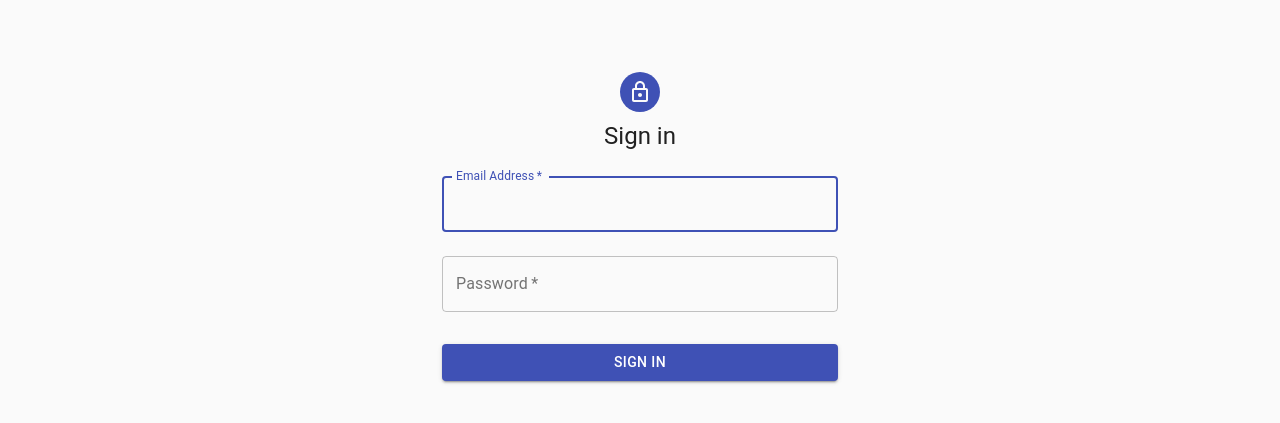
Repository: imayankbisht/ludofrontend
Page: /
These files come from the project's save history. The page is drawn as it stood at one moment and after a run of saves; the edit follows.
The browser window is 1280 px wide. The pictures show the whole page.
The project was rebuilt for these pictures with package versions that can differ from the ones it lists, and the page was loaded fresh each time. Also part of the build but not shown: src/components/Title.js, src/components/Chart.js, src/components/Deposits.js, src/components/Dashboard.js.

Above is the page before, as saved 2021-01-16 13:05:39.

### src/App.js
import React from 'react';
import './App.css';
import {
  BrowserRouter as Router,
  Switch,
  Route,
 Redirect
} from "react-router-dom";
// import SignInOutContainer from './containers';
import Dashboard from './components/Dashboard';
import Login from './components/login';
 function App() {
  return (
    <div className="App">
  <Router >
    <Switch>
      <Route path="/login" component={Login} />
      <Route path="/Dashboard" component={Dashboard} />
      <Redirect from="/" to="/login" />
    </Switch>
  </Router>
      </div>
  );
}


export default App;

### src/App.css
.App {
  /* text-align: center; */

}

.App-logo {
  height: 40vmin;
  pointer-events: none;
}

@media (prefers-reduced-motion: no-preference) {
  .App-logo {
    animation: App-logo-spin infinite 20s linear;
  }
}

.App-header {
  background-color: #282c34;
  min-height: 100vh;
  display: flex;
  flex-direction: column;
  align-items: center;
  justify-content: center;
  font-size: calc(10px + 2vmin);
  color: white;
}

.App-link {
  color: #61dafb;
}

@keyframes App-logo-spin {
  from {
    transform: rotate(0deg);
  }
  to {
    transform: rotate(360deg);
  }
}

### src/components/login.js
import React,{useState} from 'react';
import Avatar from '@material-ui/core/Avatar';
import Button from '@material-ui/core/Button';
import CssBaseline from '@material-ui/core/CssBaseline';
import TextField from '@material-ui/core/TextField';
import FormControlLabel from '@material-ui/core/FormControlLabel';
import Checkbox from '@material-ui/core/Checkbox';
// import Link from '@material-ui/core/Link';
import Grid from '@material-ui/core/Grid';
import Box from '@material-ui/core/Box';
import LockOutlinedIcon from '@material-ui/icons/LockOutlined';
import Typography from '@material-ui/core/Typography';
import { makeStyles } from '@material-ui/core/styles';
import Container from '@material-ui/core/Container';
import axios from '../axios';
import Dashboard from './Dashboard';
import {Link} from 'react-router-dom';
const useStyles = makeStyles((theme) => ({
  paper: {
    marginTop: theme.spacing(8),
    display: 'flex',
    flexDirection: 'column',
    alignItems: 'center',
  },
  avatar: {
    margin: theme.spacing(1),
    backgroundColor: theme.palette.primary.main,
  },
  form: {
    width: '100%', // Fix IE 11 issue.
    marginTop: theme.spacing(1),
  },
  submit: {
    margin: theme.spacing(3, 0, 2),
  },
}));

export default function Login() {
  const classes = useStyles();
  const [email, setEmail] = useState("");
  const [password, setPassword] = useState("");
  const sendLoginData = () => {
    // e.preventDefault();
    const headers = {
        "content-type": "application/json"

    };
    // console.log(email,password);
    const userData = {
        email: email,
        password: password,
    };
    axios.post("/user/login", userData, { headers })

        .then((response) => {
            console.log(" login Success ===>", response.data);

        })
        .catch((error) => {
            console.log("Error ===>", error);
        });

    setEmail("");
    setPassword("");
};
  return (
    <Container component="main" maxWidth="xs">
      <CssBaseline />
      <div className={classes.paper}>
        <Avatar className={classes.avatar}>
          <LockOutlinedIcon />
        </Avatar>
        <Typography component="h1" variant="h5">
          Sign in
        </Typography>
        <form className={classes.form} noValidate>
          <TextField
            variant="outlined"
            margin="normal"
            required
            fullWidth
            id="email"
            label="Email Address"
            name="email"
            autoComplete="email"
            value={email}
            onChange={e => setEmail(e.target.value)}
            autoFocus
          />
          <TextField
            variant="outlined"
            margin="normal"
            required
            fullWidth
            name="password"
            label="Password"
            type="password"
            id="password"
            autoComplete="current-password"
            value={password}
            onChange={e => setPassword(e.target.value)}
          />
          {/* <FormControlLabel
            control={<Checkbox value="remember" color="primary" />}
            label="Remember me"
          /> */}
          <Link to="Dashboard">
          <Button
            type="submit"
            fullWidth
            variant="contained"
            color="primary"
            className={classes.submit}
            onClick={(e) => {
              sendLoginData(e);

          }}
          >
            Sign In
          </Button>
          </Link>
          {/* <Grid container>
            <Grid item xs>
              <Link href="#" variant="body2">
                Forgot password?
              </Link>
            </Grid>
            <Grid item>
              <Link href={SignUp} variant="body2">
                {"Don't have an account? Sign Up"}
              </Link>

            </Grid>
          </Grid> */}
        </form>
      </div>

    </Container>
  );
}

### src/components/listItems.js
import React from 'react';
import ListItem from '@material-ui/core/ListItem';
import ListItemIcon from '@material-ui/core/ListItemIcon';
import ListItemText from '@material-ui/core/ListItemText';
import ListSubheader from '@material-ui/core/ListSubheader';
import DashboardIcon from '@material-ui/icons/Dashboard';
import ShoppingCartIcon from '@material-ui/icons/ShoppingCart';
import PeopleIcon from '@material-ui/icons/People';
import BarChartIcon from '@material-ui/icons/BarChart';
import LayersIcon from '@material-ui/icons/Layers';
import AssignmentIcon from '@material-ui/icons/Assignment';

export const mainListItems = (
  <div>
    <ListItem button>
      <ListItemIcon>
        <DashboardIcon />
      </ListItemIcon>
      <ListItemText primary="Dashboard" />
    </ListItem>
    <ListItem button>
      <ListItemIcon>
        <ShoppingCartIcon />
      </ListItemIcon>
      <ListItemText primary="BalanceSheet" />
    </ListItem>
    <ListItem button>
      <ListItemIcon>
        <PeopleIcon />
      </ListItemIcon>
      <ListItemText primary="Users" />
    </ListItem>
    <ListItem button>
      <ListItemIcon>
        <BarChartIcon />
      </ListItemIcon>
      <ListItemText primary="Reports" />
    </ListItem>

  </div>
);

export const secondaryListItems = (
  <div>
    <ListSubheader inset>Player history</ListSubheader>
    <ListItem button>
      <ListItemIcon>
        <AssignmentIcon />
      </ListItemIcon>
      <ListItemText primary="Deposit" />
    </ListItem>
    <ListItem button>
      <ListItemIcon>
        <AssignmentIcon />
      </ListItemIcon>
      <ListItemText primary="Rake" />
    </ListItem>
    <ListItem button>
      <ListItemIcon>
        <AssignmentIcon />
      </ListItemIcon>
      <ListItemText primary="Refund" />
    </ListItem>
    <ListItem button>
      <ListItemIcon>
        <AssignmentIcon />
      </ListItemIcon>
      <ListItemText primary="Withdrawl" />
    </ListItem>
  </div>
);

### src/axios.js
import axios from "axios";

const instance = axios.create({
    baseURL: "https://ylrwt.sse.codesandbox.io"
})

export default instance;

Loaded but not shown: public/index.html (common file); src/index.js (common file); src/index.css (common file); src/serviceWorker.js (common file)

After the next 3 saves:
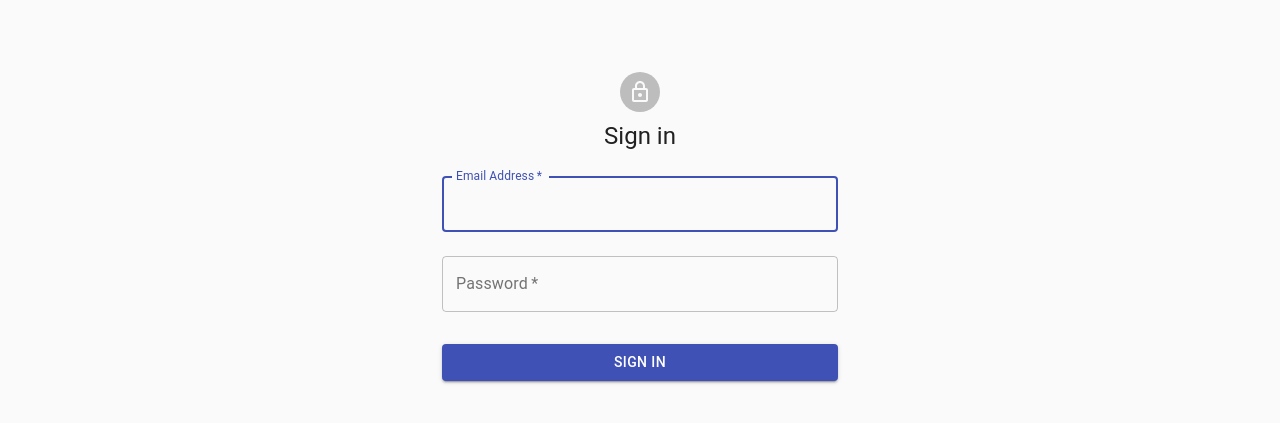
The 3 saves are shown as one change because 1 did not build or start and some came seconds apart.
The last was saved 97 s later.
--- a/src/components/login.js
+++ b/src/components/login.js
@@ -24,7 +24,7 @@ const useStyles = makeStyles((theme) => ({
   },
   avatar: {
     margin: theme.spacing(1),
-    backgroundColor: theme.palette.primary.main,
+    backgroundColor: theme.palette.grey.main,
   },
   form: {
     width: '100%', // Fix IE 11 issue.
